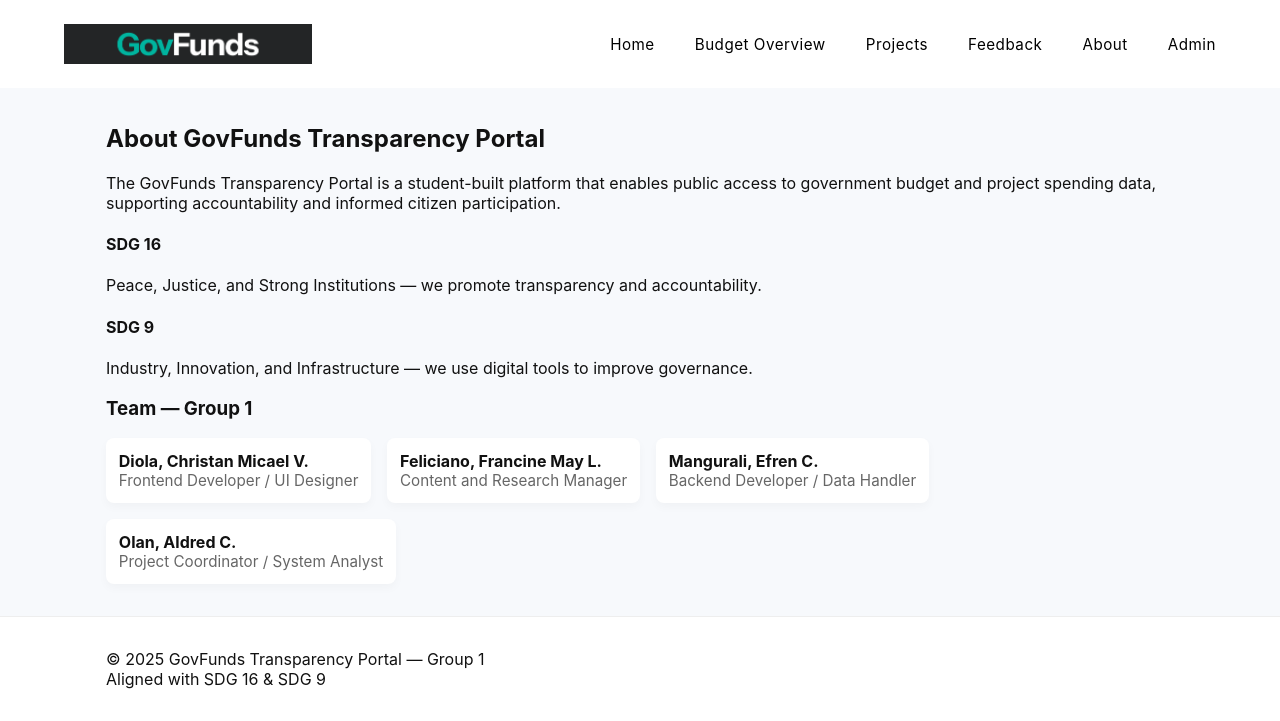
Repository: efren319/GovFunds
Page: http://localhost/about
The author's editor kept a copy of each file at every save. The page is drawn from the files as they stood at one save, then again after the next save.
The browser window is 1280 px wide. The pictures show the whole page.
The page is served by the project's application, run on Flask 3 (app.py).

Above is the page before, as saved 2025-11-10 21:14:53.

After the next save:
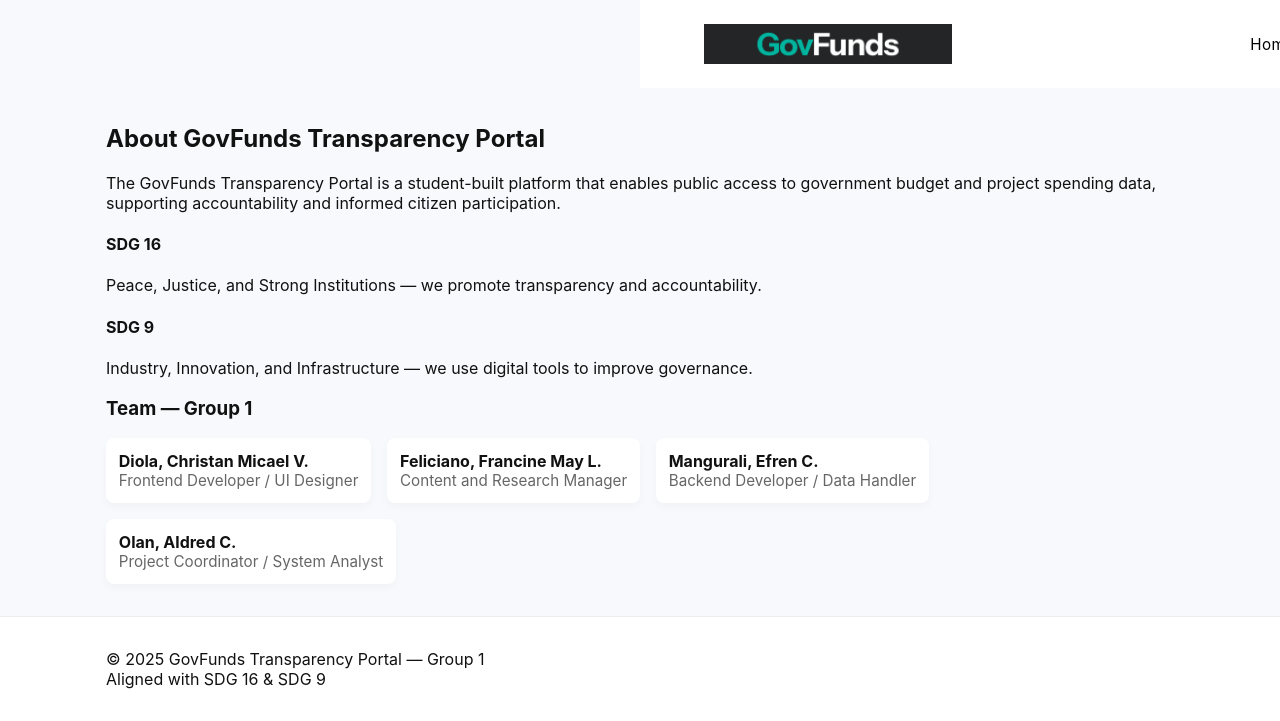
Saved 49 s later.
--- a/static/style.css
+++ b/static/style.css
@@ -43,9 +43,14 @@
   z-index: 100;
   display: flex;
   align-items: stretch;
-  padding: 0;
-  gap: 0;
-  margin: 0;
+  padding: 0 !important;
+  gap: 0 !important;
+  margin: 0 !important;
+  width: 100vw;
+  left: 50%;
+  right: 50%;
+  margin-left: -50vw !important;
+  margin-right: -50vw !important;
 }
 
 .logo {

After the 3 saves that followed:
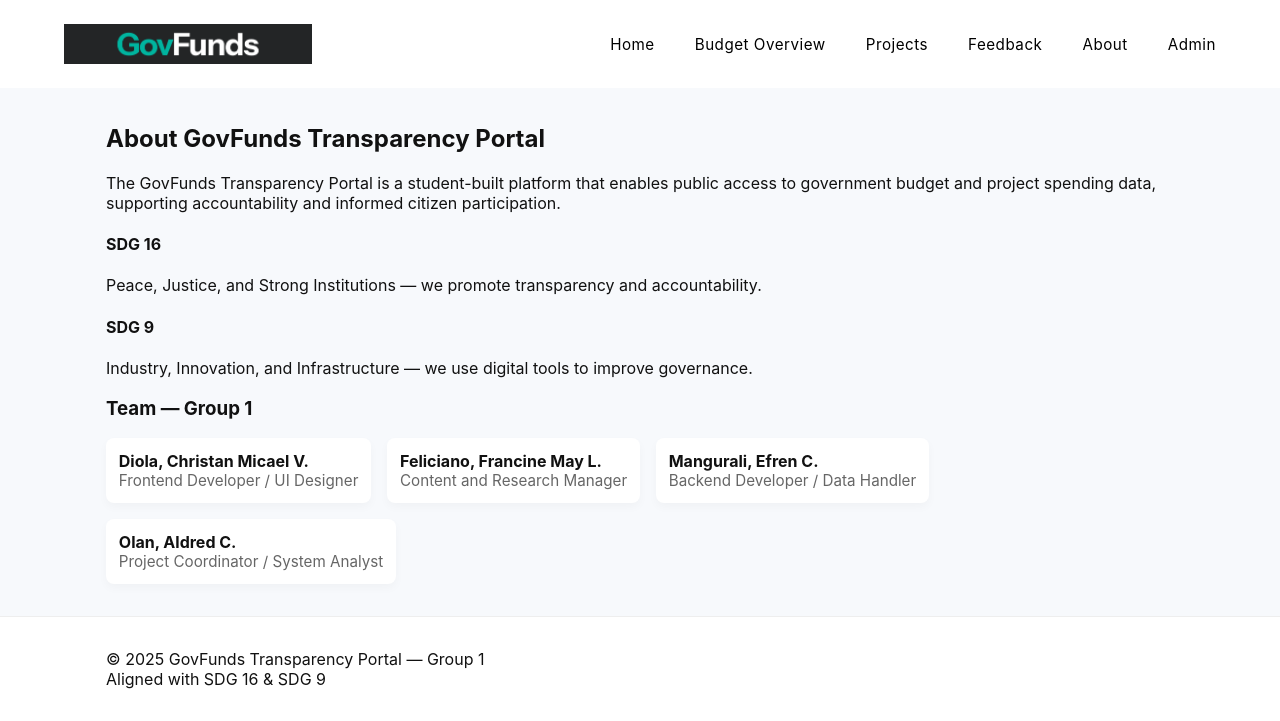
The 3 saves are shown as one change because 2 left the picture as it was.
The last was saved 104 s later.
--- a/templates/base.html
+++ b/templates/base.html
@@ -5,7 +5,7 @@
   <meta charset="utf-8">
   <meta name="viewport" content="width=device-width,initial-scale=1">
   <title>GovFunds Transparency Portal</title>
-  <link rel="stylesheet" href="{{ url_for('static', filename='style.css') }}">
+  <link rel="stylesheet" href="{{ url_for('static', filename='style.css') }}?v=2">
   <script src="https://cdn.jsdelivr.net/npm/chart.js"></script>
 </head>
 <body>
--- a/static/style.css
+++ b/static/style.css
@@ -43,22 +43,19 @@
   z-index: 100;
   display: flex;
   align-items: stretch;
-  padding: 0 !important;
-  gap: 0 !important;
-  margin: 0 !important;
-  width: 100vw;
-  left: 50%;
-  right: 50%;
-  margin-left: -50vw !important;
-  margin-right: -50vw !important;
+  padding: 0;
+  gap: 0;
+  margin: 0;
+  width: 100%;
 }
 
 .logo {
   flex-shrink: 0;
   display: flex;
   align-items: center;
-  margin: 0;
+  margin: 0 !important;
   background: #ffffff;
+  position: relative;
 }
 
 .logo a {
@@ -67,6 +64,7 @@
   align-items: center;
   height: 100%;
   padding: 24px 64px;
+  margin: 0;
 }
 
 .nav-inner {
